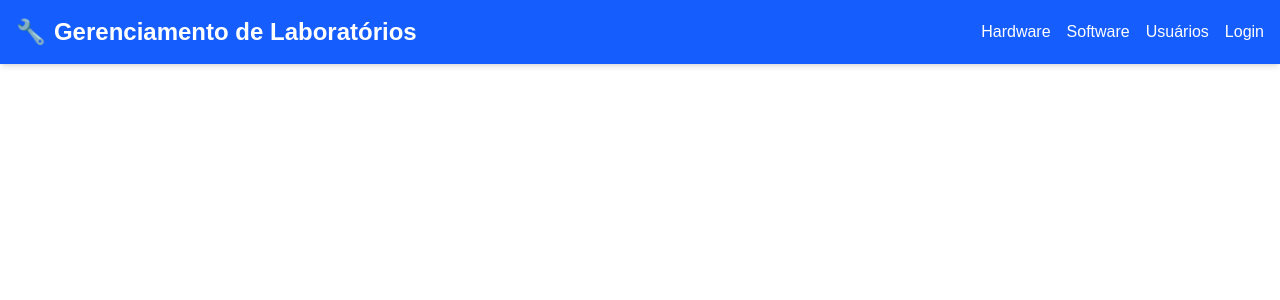
Repository: fabianosevla/gestao-labs
Page: / (app in lab-management-system/)
These files come from the project's save history. The page is drawn as it stood at one moment and after the next save; the edit follows.
The browser window is 1280 px wide. The pictures show the whole page.
The project was rebuilt for these pictures with package versions that can differ from the ones it lists, and the page was loaded fresh each time. The framework's server and built-in components were replaced by stand-ins that run in the browser. Also part of the build but not shown: lab-management-system/next.config.mjs.

Above is the page before, as saved 2025-05-06 00:12:28.

### lab-management-system/app/layout.js
"use client";

import "./globals.css";
import Link from "next/link";
import { useState } from "react";

export default function RootLayout({ children }) {
  const [hardwareOpen, setHardwareOpen] = useState(false);
  const [usersOpen, setUsersOpen] = useState(false);

  return (
    <html lang="pt-BR">
      <body className="bg-gray-100">
        <nav className="bg-blue-600 text-white p-4 fixed w-full top-0 z-10 shadow-md">
          <div className="container mx-auto flex items-center">
            <span className="text-2xl mr-2">🔧</span>
            <Link href="/" className="text-2xl font-bold">
              Gerenciamento de Laboratórios
            </Link>
            <div className="ml-auto space-x-4 flex items-center">
              <div
                className="relative"
                onMouseEnter={() => setHardwareOpen(true)}
                onMouseLeave={() => setHardwareOpen(false)}
              >
                <span className="cursor-pointer hover:underline">Hardware</span>
                {hardwareOpen && (
                  <div className="absolute bg-blue-500 text-white rounded-lg shadow-lg mt-2 py-2 w-40">
                    <Link
                      href="/labs/hardware/micro"
                      className="block px-4 py-2 hover:bg-blue-700"
                    >
                      Micro
                    </Link>
                    <Link
                      href="/labs/hardware/macro"
                      className="block px-4 py-2 hover:bg-blue-700"
                    >
                      Macro
                    </Link>
                  </div>
                )}
              </div>
              <Link href="/labs/software" className="hover:underline">
                Software
              </Link>
              <div
                className="relative"
                onMouseEnter={() => setUsersOpen(true)}
                onMouseLeave={() => setUsersOpen(false)}
              >
                <span className="cursor-pointer hover:underline">Usuários</span>
                {usersOpen && (
                  <div className="absolute bg-blue-500 text-white rounded-lg shadow-lg mt-2 py-2 w-40">
                    <Link
                      href="/labs/users/admin"
                      className="block px-4 py-2 hover:bg-blue-700"
                    >
                      Administradores
                    </Link>
                    <Link
                      href="/labs/users/visitor"
                      className="block px-4 py-2 hover:bg-blue-700"
                    >
                      Visitantes
                    </Link>
                  </div>
                )}
              </div>
              <Link href="/login" className="hover:underline">
                Login
              </Link>
            </div>
          </div>
        </nav>
        <main>{children}</main>
      </body>
    </html>
  );
}

### lab-management-system/app/page.js
export default function Home() {
  return (
    <div>
      <h1 className="text-3xl font-bold">Bem-vindo ao Sistema</h1>
      <p>Utilize o menu superior para gerenciar usuários e laboratórios.</p>
    </div>
  );
}

### lab-management-system/app/globals.css
@import "tailwindcss";

:root {
  --background: #ffffff;
  --foreground: #efecec;
}

@theme inline {
  --color-background: var(--background);
  --color-foreground: var(--foreground);
  --font-sans: var(--font-geist-sans);
  --font-mono: var(--font-geist-mono);
}

@media (prefers-color-scheme: dark) {
  :root {
    --background: #f7f1f1;
    --foreground: #ededed;
  }
}

body {
  background: var(--background);
  color: var(--foreground);
  font-family: Arial, Helvetica, sans-serif;
}

After the next save:
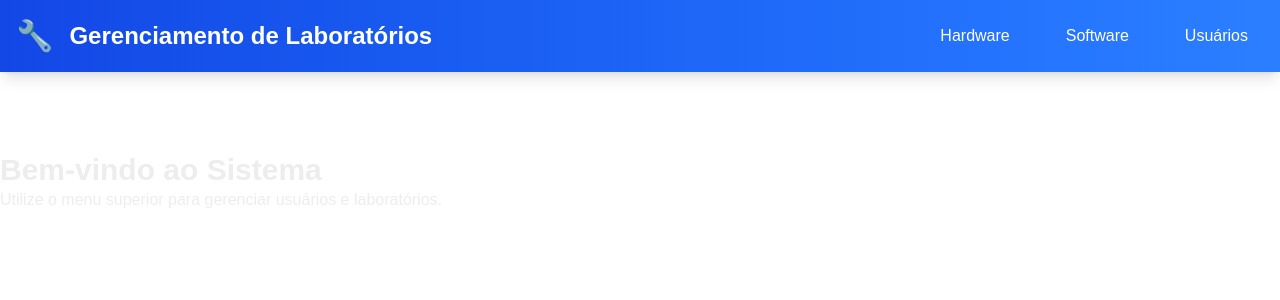
Saved 2 min 9 s later.
--- a/lab-management-system/app/layout.js
+++ b/lab-management-system/app/layout.js
@@ -8,73 +8,104 @@
   const [hardwareOpen, setHardwareOpen] = useState(false);
   const [usersOpen, setUsersOpen] = useState(false);
 
+  const handleClickOutside = (e) => {
+    if (!e.target.closest(".dropdown")) {
+      setHardwareOpen(false);
+      setUsersOpen(false);
+    }
+  };
+
   return (
     <html lang="pt-BR">
-      <body className="bg-gray-100">
-        <nav className="bg-blue-600 text-white p-4 fixed w-full top-0 z-10 shadow-md">
-          <div className="container mx-auto flex items-center">
-            <span className="text-2xl mr-2">🔧</span>
-            <Link href="/" className="text-2xl font-bold">
-              Gerenciamento de Laboratórios
-            </Link>
-            <div className="ml-auto space-x-4 flex items-center">
-              <div
-                className="relative"
-                onMouseEnter={() => setHardwareOpen(true)}
-                onMouseLeave={() => setHardwareOpen(false)}
-              >
-                <span className="cursor-pointer hover:underline">Hardware</span>
+      <body
+        className="bg-gray-100 min-h-screen"
+        onClick={handleClickOutside}
+      >
+        <nav className="bg-gradient-to-r from-blue-700 to-blue-500 text-white p-4 shadow-lg">
+          <div className="container mx-auto flex items-center justify-between">
+            <div className="flex items-center space-x-4">
+              <span className="text-3xl">🔧</span>
+              <Link href="/" className="text-2xl font-bold text-white hover:text-gray-200 transition">
+                Gerenciamento de Laboratórios
+              </Link>
+            </div>
+            <div className="relative flex items-center space-x-6">
+              <div className="dropdown relative">
+                <button
+                  onClick={() => setHardwareOpen(!hardwareOpen)}
+                  className="px-4 py-2 text-white hover:bg-blue-600 rounded-lg transition duration-300"
+                >
+                  Hardware
+                </button>
                 {hardwareOpen && (
-                  <div className="absolute bg-blue-500 text-white rounded-lg shadow-lg mt-2 py-2 w-40">
+                  <div className="absolute top-full left-0 mt-2 w-48 bg-white text-gray-800 rounded-lg shadow-xl z-10 animate-fade-in">
                     <Link
                       href="/labs/hardware/micro"
-                      className="block px-4 py-2 hover:bg-blue-700"
+                      className="block px-4 py-2 hover:bg-blue-100 transition"
+                      onClick={() => setHardwareOpen(false)}
                     >
                       Micro
                     </Link>
                     <Link
                       href="/labs/hardware/macro"
-                      className="block px-4 py-2 hover:bg-blue-700"
+                      className="block px-4 py-2 hover:bg-blue-100 transition"
+                      onClick={() => setHardwareOpen(false)}
                     >
                       Macro
                     </Link>
                   </div>
                 )}
               </div>
-              <Link href="/labs/software" className="hover:underline">
+              <Link
+                href="/labs/software"
+                className="px-4 py-2 text-white hover:bg-blue-600 rounded-lg transition duration-300"
+              >
                 Software
               </Link>
-              <div
-                className="relative"
-                onMouseEnter={() => setUsersOpen(true)}
-                onMouseLeave={() => setUsersOpen(false)}
-              >
-                <span className="cursor-pointer hover:underline">Usuários</span>
+              <div className="dropdown relative">
+                <button
+                  onClick={() => setUsersOpen(!usersOpen)}
+                  className="px-4 py-2 text-white hover:bg-blue-600 rounded-lg transition duration-300"
+                >
+                  Usuários
+                </button>
                 {usersOpen && (
-                  <div className="absolute bg-blue-500 text-white rounded-lg shadow-lg mt-2 py-2 w-40">
+                  <div className="absolute top-full left-0 mt-2 w-48 bg-white text-gray-800 rounded-lg shadow-xl z-10 animate-fade-in">
                     <Link
                       href="/labs/users/admin"
-                      className="block px-4 py-2 hover:bg-blue-700"
+                      className="block px-4 py-2 hover:bg-blue-100 transition"
+                      onClick={() => setUsersOpen(false)}
                     >
                       Administradores
                     </Link>
                     <Link
                       href="/labs/users/visitor"
-                      className="block px-4 py-2 hover:bg-blue-700"
+                      className="block px-4 py-2 hover:bg-blue-100 transition"
+                      onClick={() => setUsersOpen(false)}
                     >
                       Visitantes
                     </Link>
                   </div>
                 )}
               </div>
-              <Link href="/login" className="hover:underline">
-                Login
-              </Link>
             </div>
           </div>
         </nav>
-        <main>{children}</main>
+        <main className="pt-20">{children}</main>
       </body>
     </html>
   );
 }
+
+/* Adicionar animação no CSS global */
+const style = document.createElement("style");
+style.textContent = `
+  @keyframes fadeIn {
+    from { opacity: 0; transform: translateY(-10px); }
+    to { opacity: 1; transform: translateY(0); }
+  }
+  .animate-fade-in {
+    animation: fadeIn 0.2s ease-out;
+  }
+`;
+document.head.appendChild(style);
